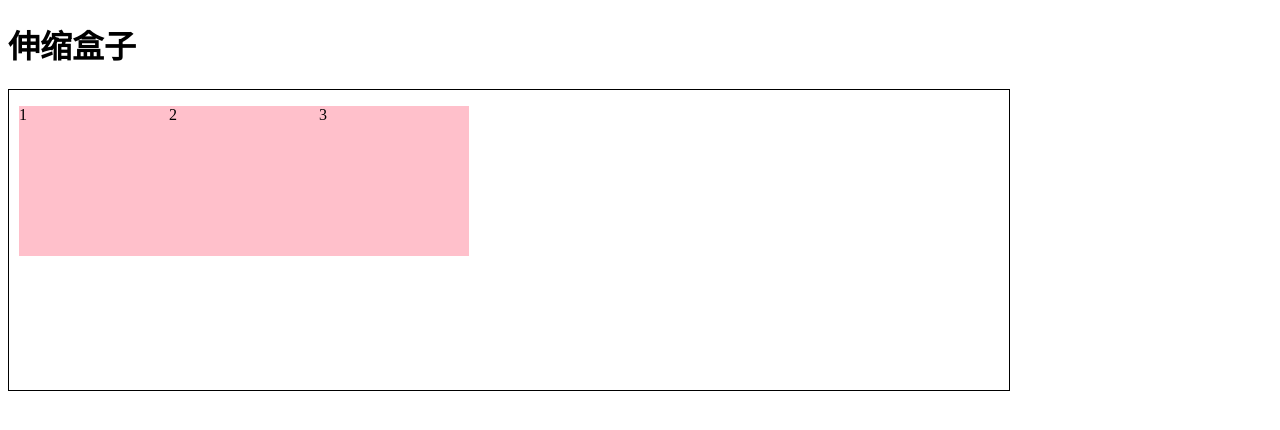
Repository: liuxi0811/web-demo
Page: 伸缩布局.html
These files come from the project's save history. The page is drawn as it stood at one moment and after the next save; the edit follows.
The browser window is 1280 px wide. The pictures show the whole page.

Above is the page before, as saved 2020-12-03 14:22:16.

After the next save:
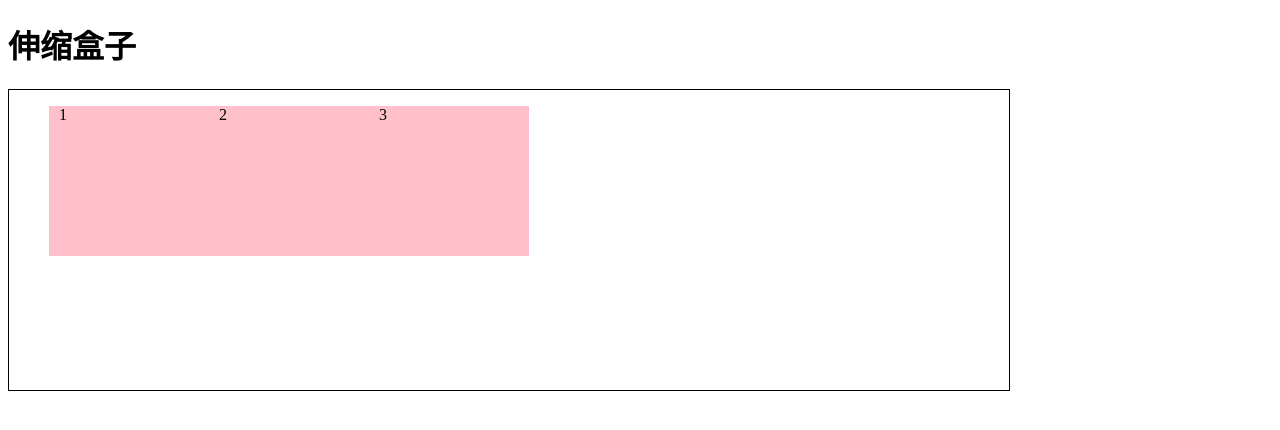
Saved 25 s later.
--- a/伸缩布局.html
+++ b/伸缩布局.html
@@ -15,12 +15,14 @@
             width: 150px;
             height: 150px;
             background: pink;
+            padding-left: 10px;
         }
 
         ul{
             list-style: none;
             display: flex;
-            padding-left: 10px;
+
+
         }
     </style>
 </head>
